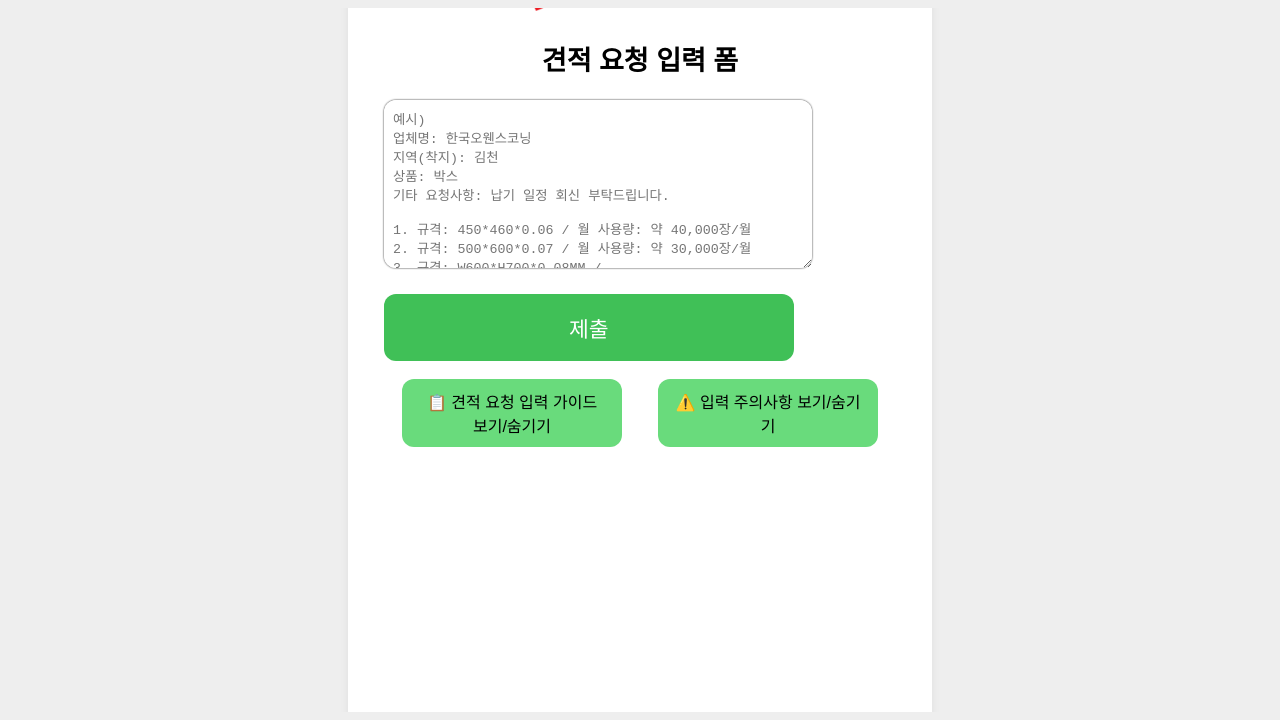
Repository: deul428/logis_test
Page: index.html
An editor plug-in stored every save of this project. The page is shown before and after the next save, followed by the edit.
The browser window is 1280 px wide. The pictures show the whole page.
An inner scrolling area shows only its first screen. Some web fonts or font styles are not loaded; a fallback is used.

Above is the page before, as saved 2025-09-17 09:04:49.

After the next save:
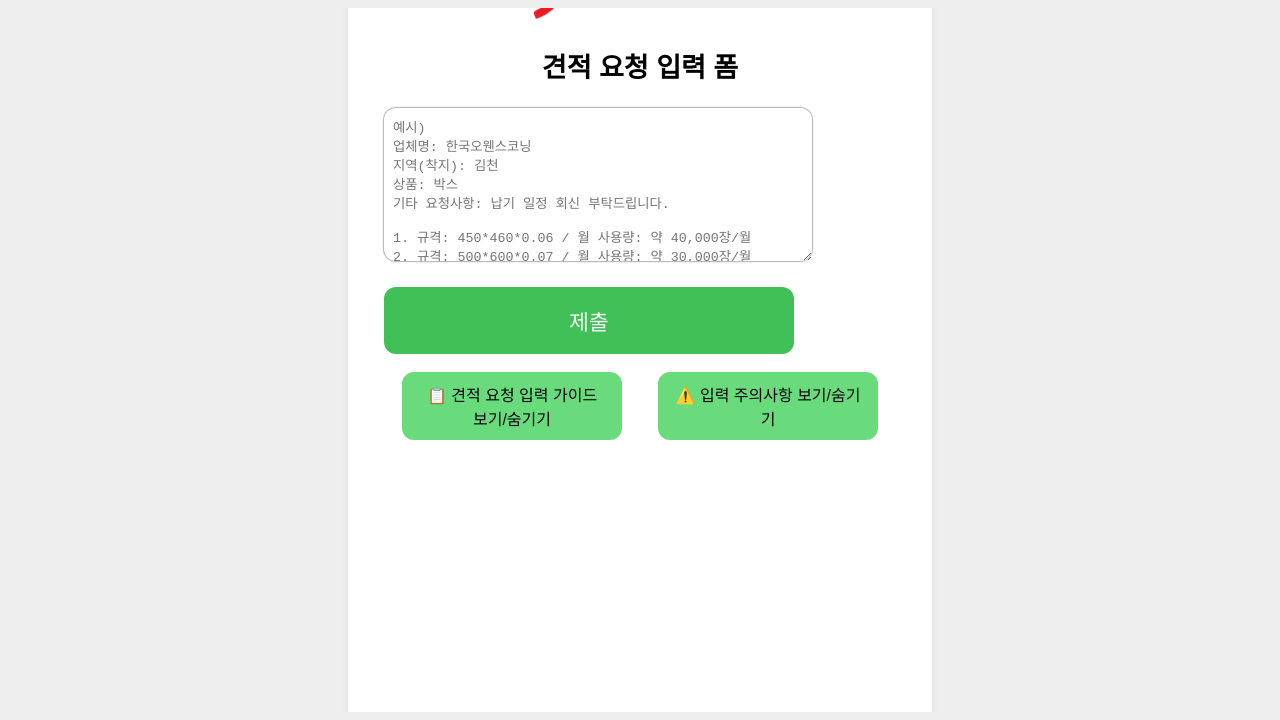
Saved 4 s later.
--- a/index.html
+++ b/index.html
@@ -37,7 +37,7 @@
             <!-- <label>메시지:</label><br /> -->
             <textarea
               name="message"
-              rows="10"
+              rows="9"
               placeholder="예시&#41;
 업체명: 한국오웬스코닝
 지역(착지): 김천
